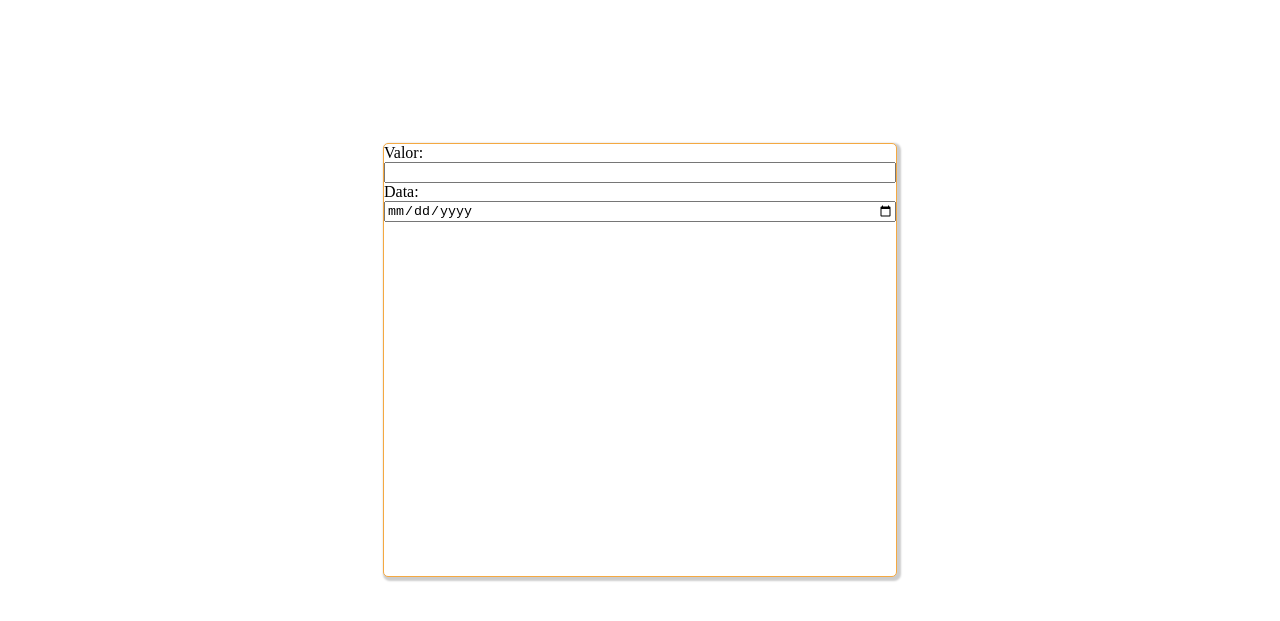
Repository: alexsanderkafka/java-servlets
Page: http://localhost/SaveMoney/cadastrarDespesa.jsp
An editor plug-in stored every save of this project. The page is shown before and after the next save, followed by the edit.
The browser window is 1280 px wide. The pictures show the whole page.
The page is served by Tomcat 9. Nobody is signed in. The application's start-up code is not run.

Above is the page before, as saved 2024-10-03 12:35:13.

After the next save:
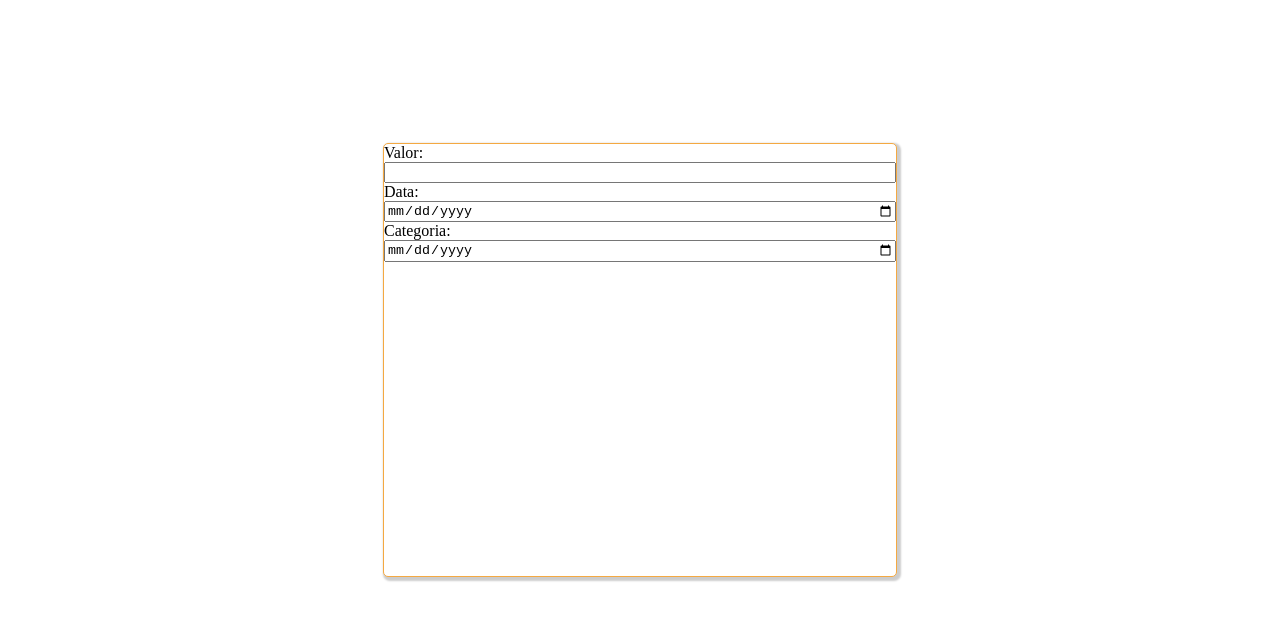
Saved 8 s later.
--- a/SaveMoney/src/main/webapp/cadastrarDespesa.jsp
+++ b/SaveMoney/src/main/webapp/cadastrarDespesa.jsp
@@ -15,6 +15,8 @@
         	<input>
         	<label>Data: </label>
         	<input type="date">
+        	<label>Categoria: </label>
+        	<input type="date">
         </div>
     </div>
 
